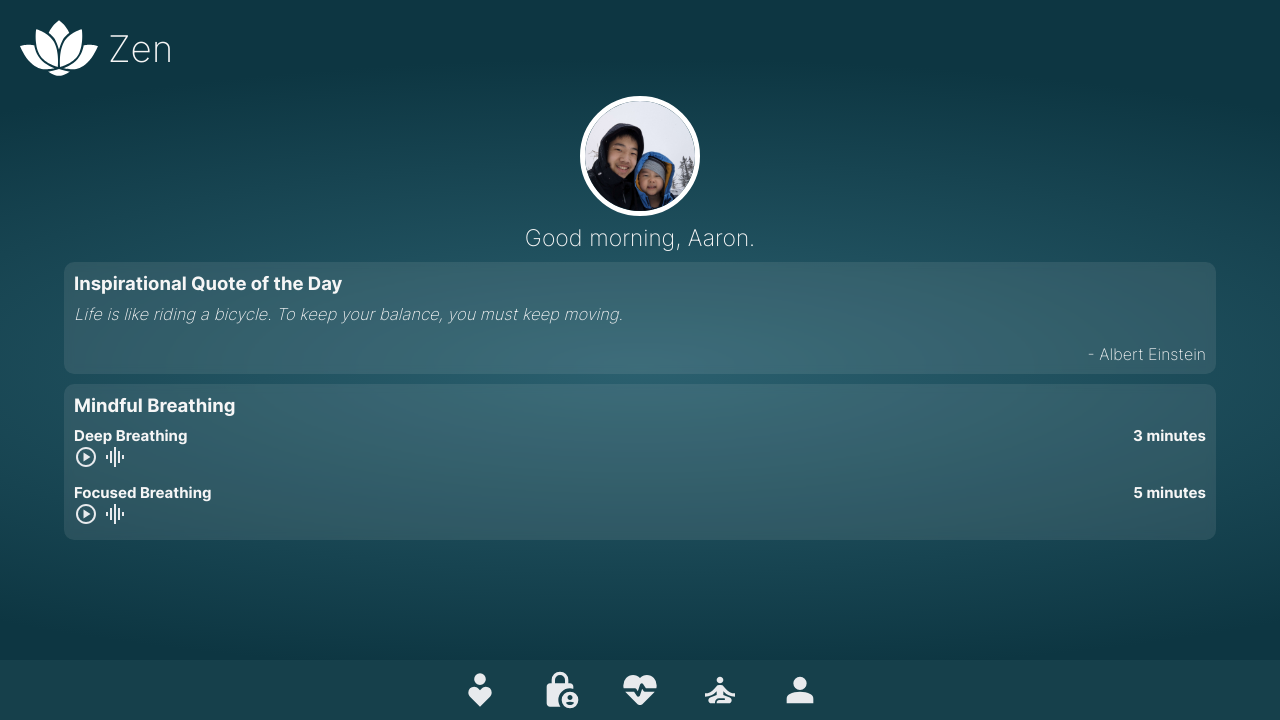
Repository: aaronw-dev/Zen
Page: mindful_dashboard.html
The author's editor kept a copy of each file at every save. The page is drawn from the files as they stood at one save, then again after a run of saves.
The browser window is 1280 px wide. The pictures show the whole page.

Above is the page before, as saved 2024-06-08 15:08:54.

After the next 3 saves:
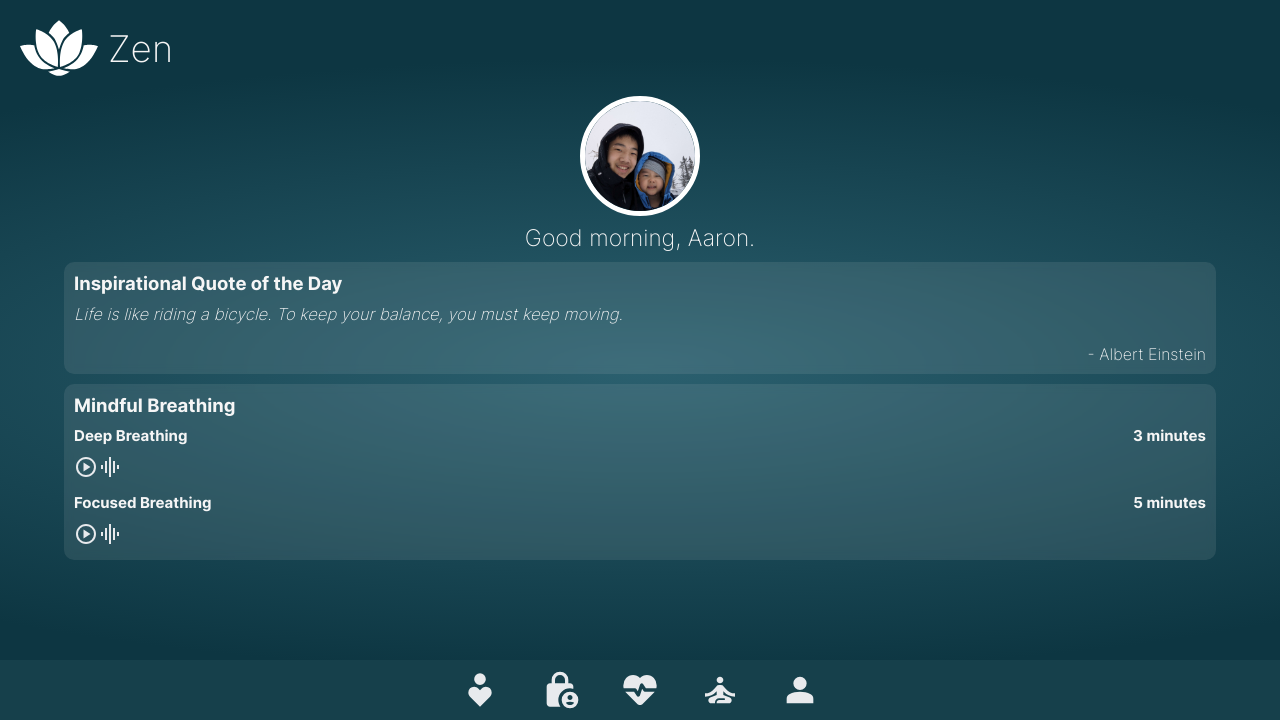
The 3 saves are shown as one change because they came seconds apart.
The last was saved 9 s later.
--- a/static/awdev.css
+++ b/static/awdev.css
@@ -143,7 +143,7 @@ nav img {
     align-content: normal;
   }
   .mindful-audio {
-    padding
+    padding-top: 10px;
     display: inline-flex;
     flex-direction: row;
     flex-wrap: nowrap;
